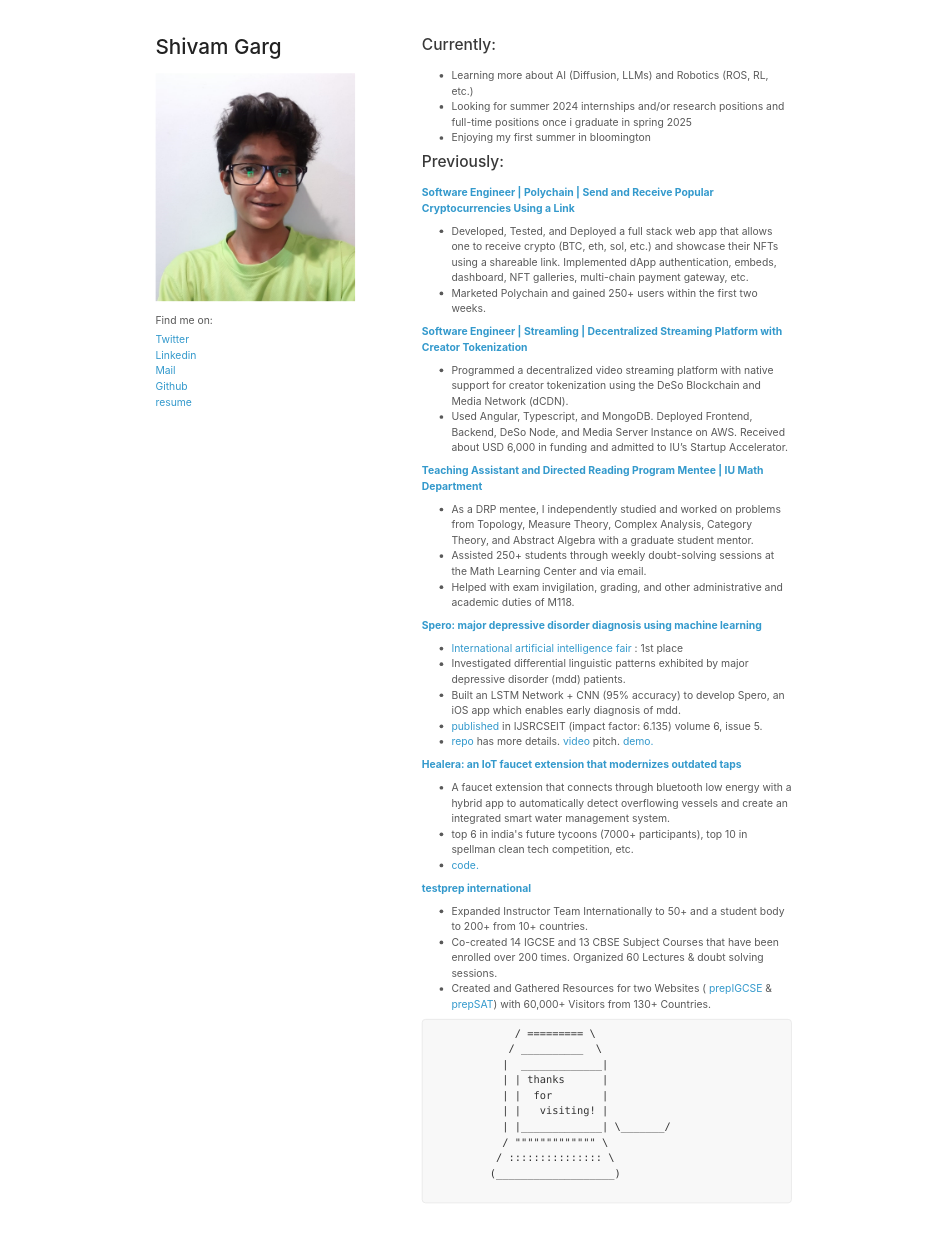
Repository: 22shivam/22shivam.github.io
Page: index.html
The author's editor kept a copy of each file at every save. The page is drawn from the files as they stood at one save, then again after the next save.
The browser window is 1280 px wide. The pictures show the whole page, at 74% of full size.

Above is the page before, as saved 2024-06-17 19:21:18.

After the next save:
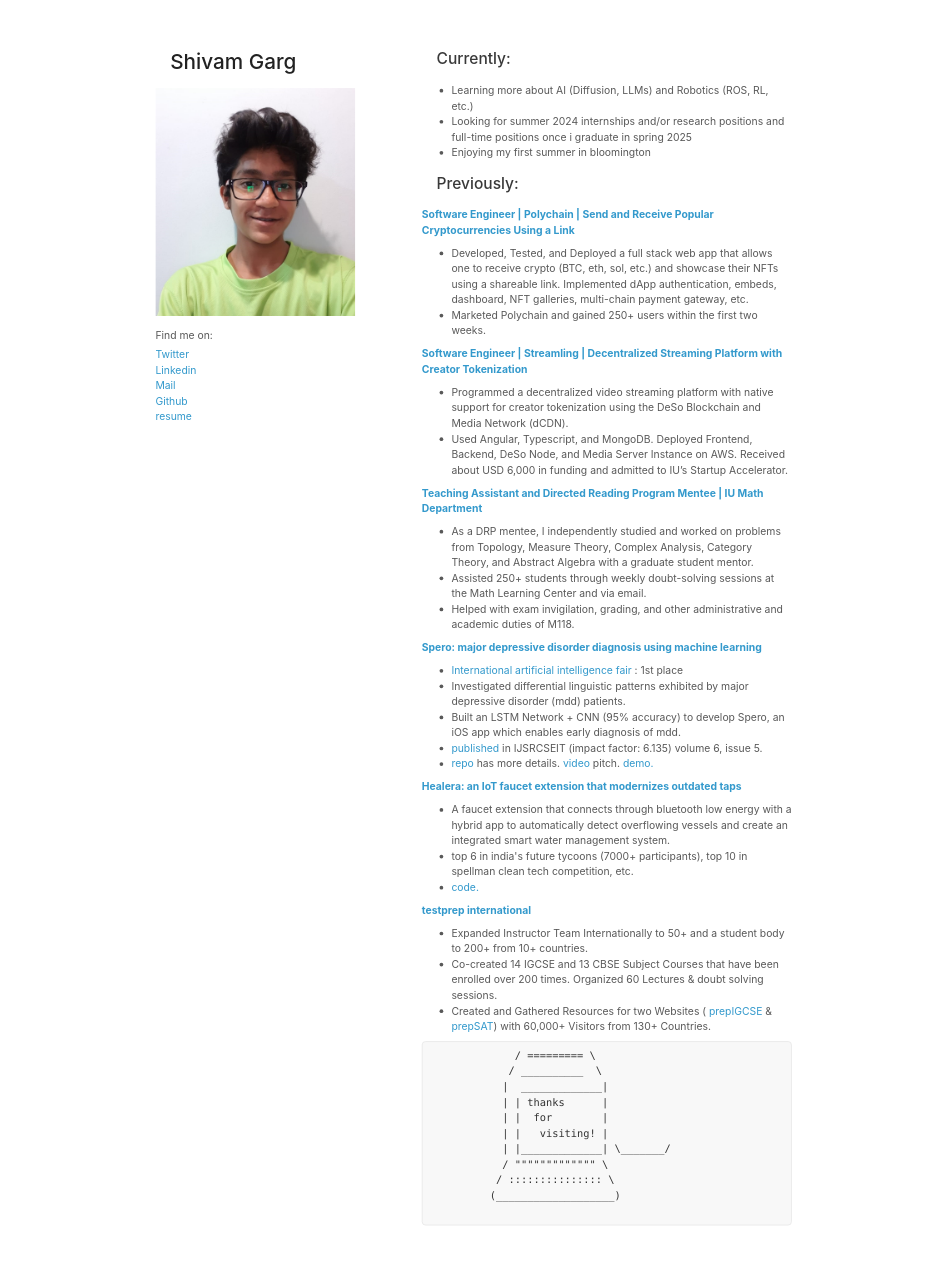
Saved 11 s later.
--- a/css/styles.css
+++ b/css/styles.css
@@ -8,7 +8,7 @@ body {
 
 h1, h2, h3, h4, h5, h6 {
   color:#222;
-  margin:0 0 20px;
+  margin:20px;
 }
 
 p, ul, ol, table, pre, dl {
